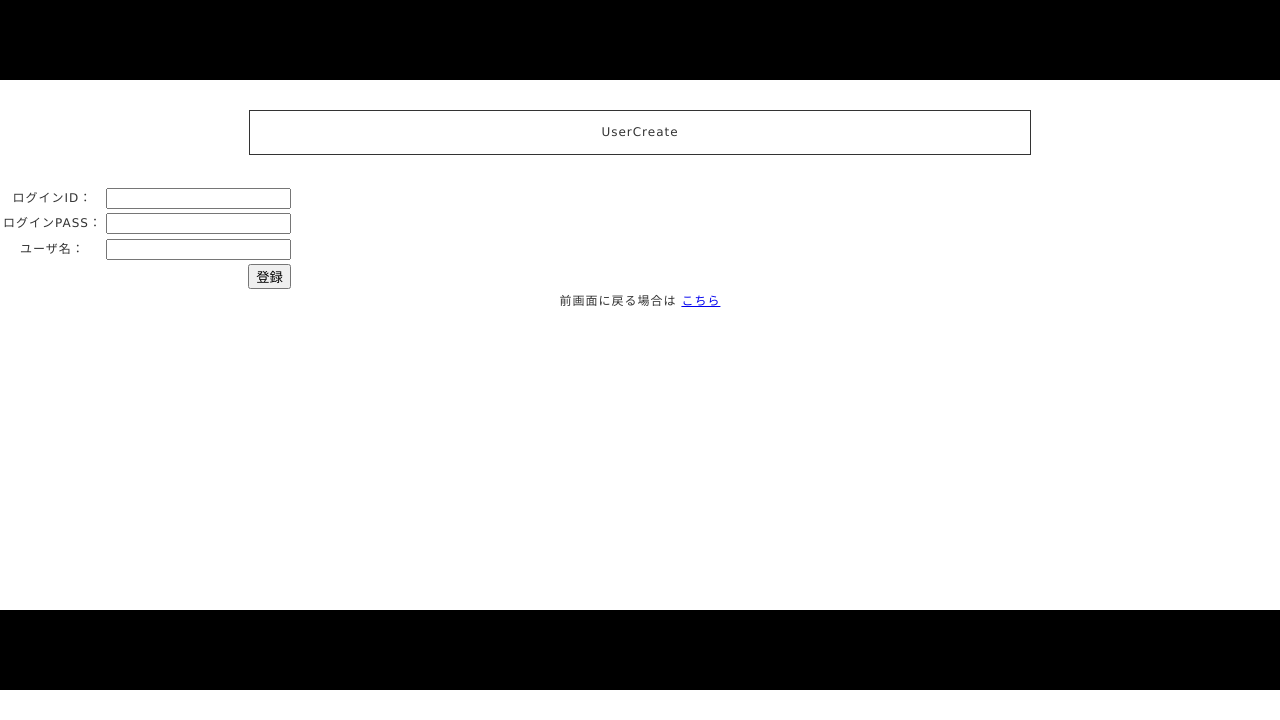
Repository: 3103senoomizho/test
Page: http://localhost/ecsite1/userCreate.jsp
The author's editor kept a copy of each file at every save. The page is drawn from the files as they stood at one save, then again after the next save.
The browser window is 1280 px wide. The pictures show the whole page.
The page is served by Tomcat 9. Other server files are loaded and not shown.

Above is the page before, as saved 2018-03-23 05:23:48.

### ecsite1/WebContent/userCreate.jsp
<%@ page language="java" contentType="text/html; charset=UTF-8"
    pageEncoding="UTF-8"%>
<%@ taglib prefix="s" uri="/struts-tags" %>
<!DOCTYPE html>
<html>
<head>
<meta http-equiv="Content-Type" content="text/html; charset=UTF-8">
<meta http-equiv="Content-Style-Type" content="text/css"/>
<meta http-equiv="Content-Sclipt=Type" content="text/javascript"/>
<meta http-equiv="imagetoolbar" content="no"/>
<meta name="description" content=""/>
<meta name="keywords" content=""/>

<title>UserCreate画面</title>
<style type="text/css">
/*==========TAG LAYOUT==============*/
body{
  margin:0;
  padding:0;
  line-height:1.6;
  letter-spacing:1px;
  font-family:Verdana,Helvetica,sans-serif;
  font-size:12px;
  color:#333;
  background:#fff;
  }
teble{
  text-align:center;
  margin:0 auto;
  }
/*==========ID LAYOUT================*/
#top{
  width:780px;
  margin:30px auto;
  border:1px solid #333;
  }
#header{
  width:100%;
  height:80px;
  background-color:black;
  }
#main{
  width:100%;
  height:500px;
  text-align:center;
  }
#footer{
  width:100%;
  height:80px;
  background-color:black;
  clear:both;
  }
</style>

</head>
<body>

<div id="header">
        <div id="pr">
        </div>
</div>
<div id="main">
        <div id="top">
                 <p>UserCreate</p>
        </div>
        <div>
                 <s:if test="errorMessage!=''">
                      <s:property value="errorMessage" escape="false"/>
                 </s:if>
                 <table>
                 <s:form action="UserCreateConfirmAction">
                   <tr>
                       <td>
                           <label>ログインID：</label>
                       </td>
                       <td>
                           <input type="text" name="loginUserId" value=""/>
                       </td>
                   </tr>
                   <tr>
                       <td>
                           <label>ログインPASS：</label>
                       </td>
                       <td>
                           <input type="text" name="loginPassword" value=""/>
                       </td>
                  </tr>
                  <tr>
                        <td>
                            <label>ユーザ名：</label>
                        </td>
                        <td>
                            <input type="text" name="userName" value=""/>
                        </td>
                  </tr>
                  <s:submit value="登録"/>
                  </s:form>
                  </table>
                  <div>
                            <span>前画面に戻る場合は</span>
                            <a href='<s:url action="HomeAction"/>'>こちら</a>
                  </div>
      </div>
</div>
<div id="footer">
        <div id="pr">
        </div>
</div>

</body>
</html>

After the next save:
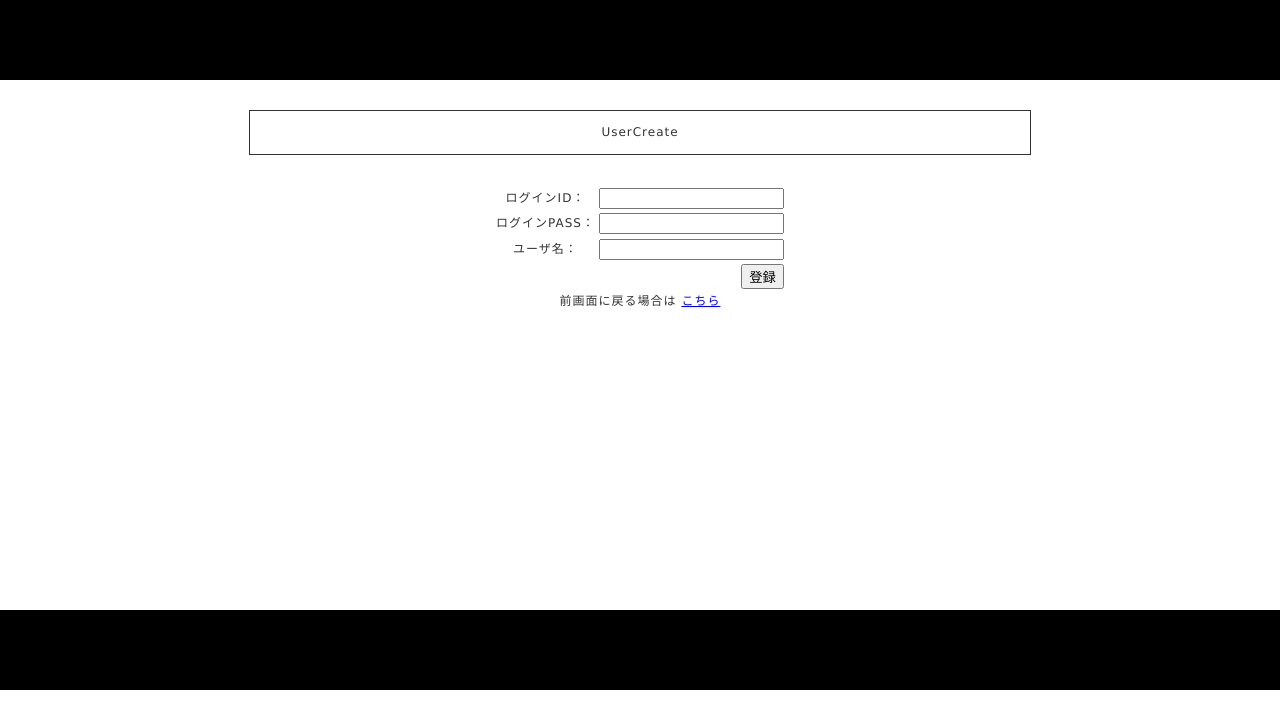
Saved 3 min 59 s later.
--- a/ecsite1/WebContent/userCreate.jsp
+++ b/ecsite1/WebContent/userCreate.jsp
@@ -6,7 +6,7 @@
 <head>
 <meta http-equiv="Content-Type" content="text/html; charset=UTF-8">
 <meta http-equiv="Content-Style-Type" content="text/css"/>
-<meta http-equiv="Content-Sclipt=Type" content="text/javascript"/>
+<meta http-equiv="Content-Script=Type" content="text/javascript"/>
 <meta http-equiv="imagetoolbar" content="no"/>
 <meta name="description" content=""/>
 <meta name="keywords" content=""/>
@@ -24,7 +24,7 @@
   color:#333;
   background:#fff;
   }
-teble{
+table{
   text-align:center;
   margin:0 auto;
   }
